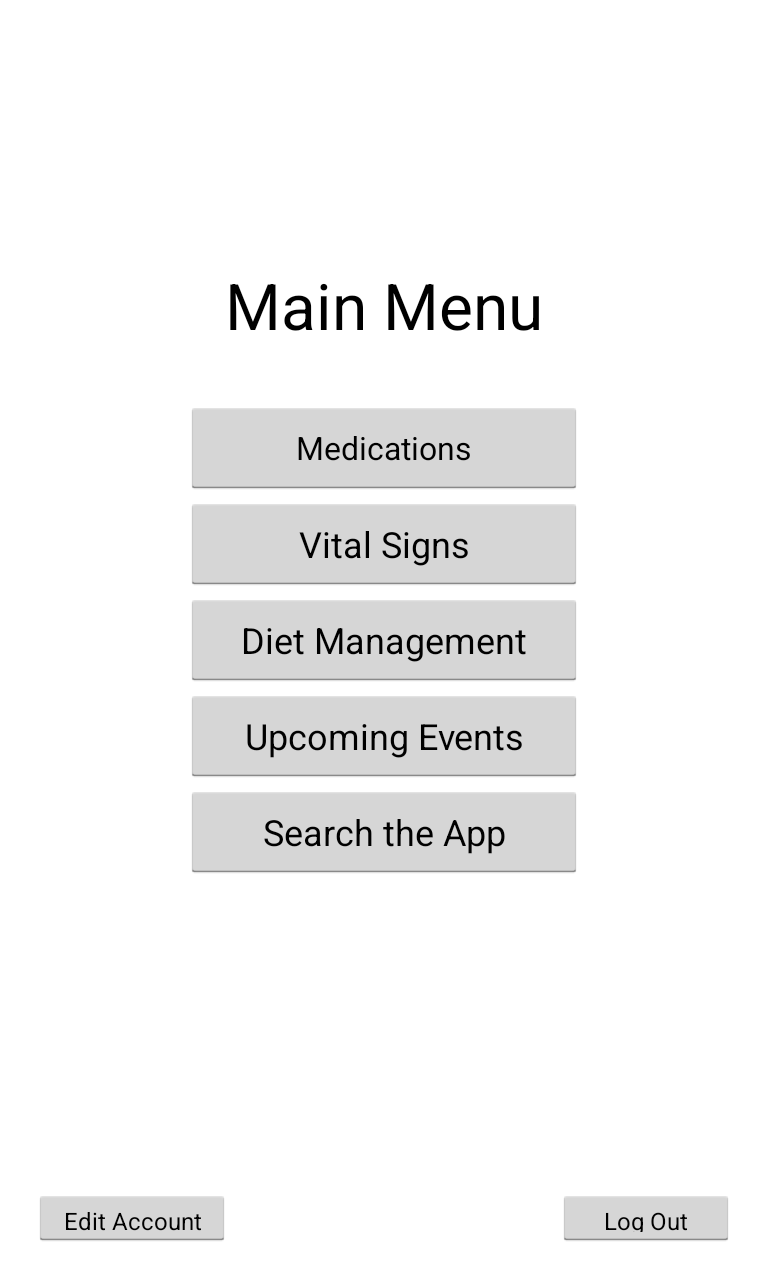
Repository: seth-skocelas/PHMS
Layout: PHMS/res/layout/activity_main_menu.xml
An editor plug-in stored every save of this project. The layout is shown before and after the next save, followed by the edit.
It is drawn on a 768 x 1280 px phone screen (xhdpi) without system bars, with theme AppTheme; the app's code is not run.

Above is the layout before, as saved 2014-04-07 03:36:57.

After the next save:
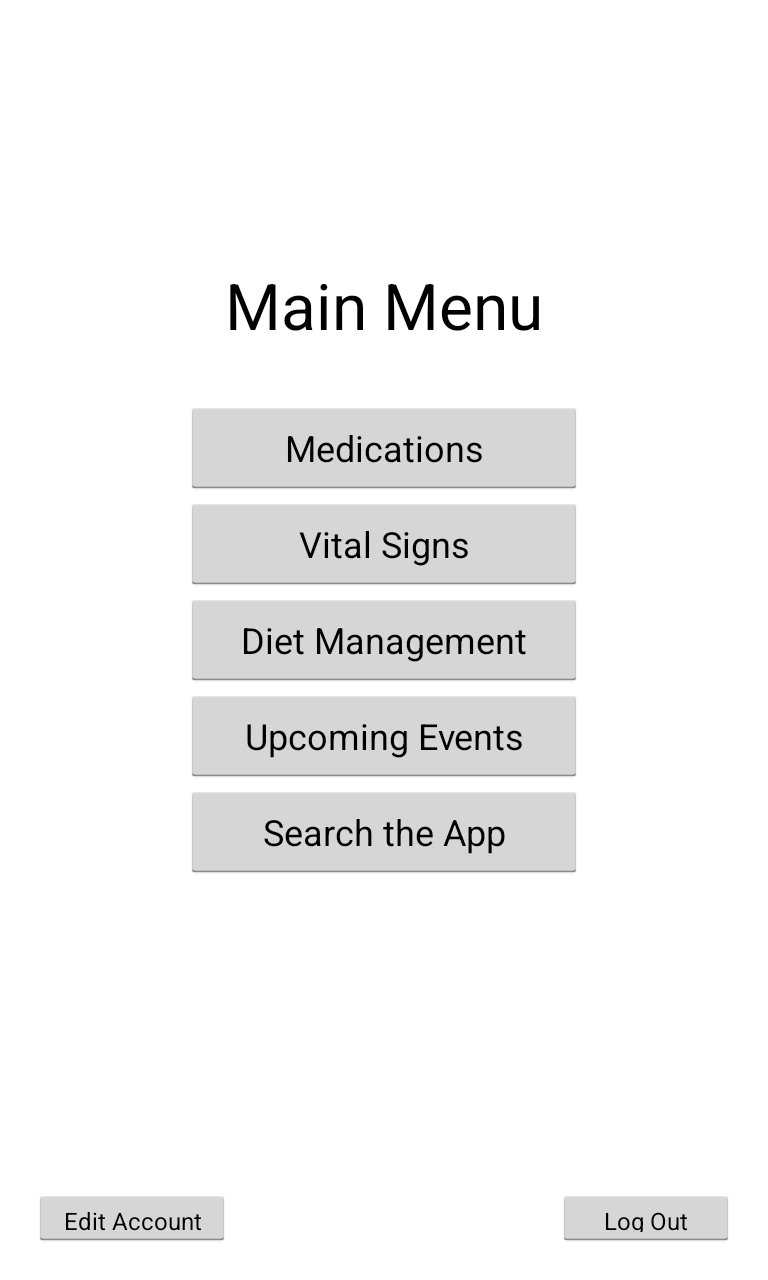
Saved 5 min 2 s later.
--- a/PHMS/res/layout/activity_main_menu.xml
+++ b/PHMS/res/layout/activity_main_menu.xml
@@ -51,7 +51,7 @@
 
     <Button
         android:id="@+id/button1"
-        style="@style/AppBaseTheme"
+        style="@id/button1"
         android:layout_width="200dp"
         android:layout_height="wrap_content"
         android:layout_above="@+id/button2"
